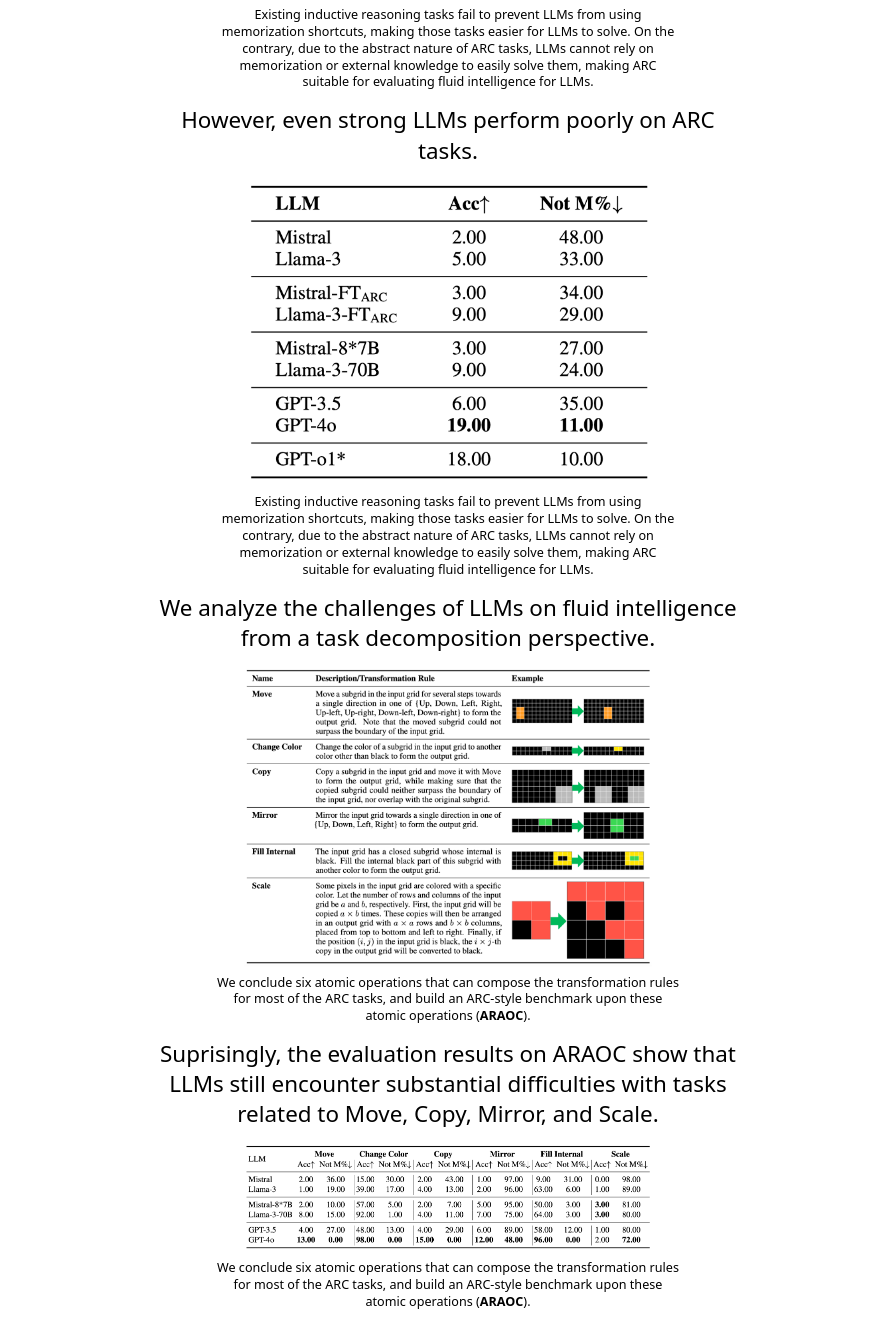
Repository: wujunjie1998/araoc-benchmark.github.io
Page: index.html
An editor plug-in stored every save of this project. The page is shown before and after the next save, followed by the edit.
The browser window is 1280 px wide. The pictures show the part of the page from y = 1129 to 3049 px (the page is 3049 px tall before and 2967 px after), at 70% of full size.

Above is the page before, as saved 2025-02-07 22:23:44.

### index.html
<html>
  <head>
    <title>
      Understanding LLMs’ Fluid Intelligence Deficiency: An Analysis of the ARC Task
    </title>
    <link
      rel="icon"
      href="data:[embedded picture, 137 characters]"
    />
    <meta charset="UTF-8" />
    <meta name="viewport" content="width=device-width, initial-scale=1" />
    <link rel="stylesheet" href="./css/index.css" />
  </head>

  <body>
    <div class="header">
      <div class="paper-title">
        Understanding LLMs’ Fluid Intelligence Deficiency:
        <br />
        An Analysis of the ARC Task
      </div>
      <div>
        <!-- * Paper -->
        <span class="link-block">
          <a target="_blank" href="./paper.pdf"
            ><img
              class="badge"
              src="https://img.shields.io/badge/Paper-PDF-red?&labelColor=lightgray&logo=arxiv&logoColor=brown" /><img
          /></a>
        </span>
        <!-- * Dataset -->
        <!--
        <span class="link-block">
          <a
            target="_blank"
            href="https://huggingface.co/datasets/ShunchiZhang/PhysiCo/"
            ><img
              class="badge"
              src="https://img.shields.io/badge/HuggingFace-Dataset-yellow?labelColor=lightgray&logo=huggingface" /><img
          /></a>
        </span>
        -->

        <!-- * Code -->
         <!--
        <span class="link-block">
          <a target="_blank" href="https://github.com/physico-benchmark/physico"
            ><img
              class="badge"
              src="https://img.shields.io/badge/GitHub-Code-gray?labelColor=lightgray&logo=github&logoColor=gray" /><img /></a
        ></span>
        -->
        <!-- * Leaderboard -->
        <!--
        <span class="link-block">
          <a href="./leaderboard.html"
            ><img
              class="badge"
              src="https://img.shields.io/badge/Leaderboard-Visit-blue?labelColor=lightgray&logo=stackblitz&logoColor=367BAF" /><img /></a
        ></span>
        -->
        <!-- * X Threads -->
        <!--
        <span class="link-block">
          <a href="https://x.com/jieeijjie/status/1876713099752861782"
            ><img
              class="badge"
              src="https://img.shields.io/badge/Threads-black?labelColor=lightgray&logo=x&logoColor=gray" /><img /></a
        ></span>
        -->

      </div>
      <div>
        <div class="author-list">
          <span class="author-block"
            ><a href="https://wujunjie1998.github.io/">Junjie Wu</a
            ><sup>1</sup></span
          >
          <span class="author-block"
            ><a href="https://sites.google.com/site/moyunlp/">Mo Yu</a
            ><sup>2</sup></span
          >
          <span class="author-block"
            ><a href="https://lemaoliu.github.io">Lemao Liu</a
            ><sup>2</sup></span
          >
          <span class="author-block"
            ><a href="https://sites.google.com/view/dyyeung">Dit-Yan Yeung</a
            ><sup>1</sup></span
          >
          <span class="author-block"
            ><a href="https://openreview.net/profile?id=~Jie_Zhou8">Jie Zhou</a
            ><sup>2</sup></span
          >
        </div>
        <div class="inst-list">
          <span class="institution-block"><sup>1</sup> Hong Kong University of Science and Technology</span>
          <span class="institution-block"><sup>2</sup> WeChat AI</span>
        </div>
      </div>
    </div>
    <!--
    <div class="teaser">
      <center>
        <img src="./img/teaser.png" />
        <figcaption>
          Illustration of a "Stochastic Parrot 🦜" by our
          <span class="dataset-name">PhysiCo</span> task consisting of both
          <b style="color: #a47b48">low-level</b> and
          <b style="color: #153cf9">high-level</b> subtasks in parallel. For a
          concept <i>Gravity</i>, an LLM can generate its accurate description
          in natural language, but cannot interpret its grid-format
          illustration.
        </figcaption>
      </center>
    </div>
  -->
    <hr />

    <!-- ^ Summary of Our Research -->
    <center><h1>Summary of Our Research</h1></center>
    <div class="content">
      <!-- <p style="font-size: large; text-align: center">
        <b>TL;DR:</b>
      </p> -->
      <p>
        While LLMs have exhibited strong performance on various NLP tasks, it is noteworthy that most of these tasks rely on utilizing the vast amount of knowledge encoded in LLMs’ parameters, rather than solving new problems without prior knowledge. In cognitive research, the latter ability is referred to as <strong>fluid intelligence</strong>, which is considered to be critical for assessing human intelligence. Recent research on fluid intelligence assessments has highlighted significant deficiencies in LLMs’ abilities. In this paper, we analyze the challenges LLMs face in demonstrating fluid intelligence through controlled experiments, using the most representative ARC task as an example. Our study revealed three major limitations in existing LLMs:
      </p>
      <ol>
        <li>limited ability for skill composition;</li>
        <li>
          unfamiliarity with abstract input formats;
        </li>
        <li>
          the intrinsic deficiency of left-to-right decoding.
        </li>
      </ol>
    </div>


    <!-- ^ Our Studies and Findings -->
    <center><h1>The Abstraction and Reasoning Challenge (ARC) is suitable for evaluating fluid intelligence for LLMs.</h1></center>
    <div class="content">
      <!-- <p>Foo Bar</p> -->
      <center>
        <img src="./img/fluid1.png" width="70%" />
        <figcaption style="text-align: center">
          Existing inductive reasoning tasks fail to prevent LLMs from using memorization shortcuts, making those tasks easier for LLMs to solve. On the contrary, due to the abstract nature of ARC tasks, LLMs cannot rely on memorization or external knowledge to easily solve them, making ARC suitable for evaluating fluid intelligence for LLMs.
        </figcaption>
      </center>
    </div>


    <!-- ^ Our Studies and Findings -->
    <center><h1>However, even strong LLMs perform poorly on ARC tasks.</h1></center>
    <div class="content">
      <!-- <p>Foo Bar</p> -->
      <center>
        <img src="./img/fluid2.png" width="70%" />
        <figcaption style="text-align: center">
          Existing inductive reasoning tasks fail to prevent LLMs from using memorization shortcuts, making those tasks easier for LLMs to solve. On the contrary, due to the abstract nature of ARC tasks, LLMs cannot rely on memorization or external knowledge to easily solve them, making ARC suitable for evaluating fluid intelligence for LLMs.
        </figcaption>
      </center>
    </div>

    <!-- ^ Our Studies and Findings -->
    <center><h1>We analyze the challenges of LLMs on fluid intelligence from a task decomposition perspective. </h1></center>
    <div class="content">
      <!-- <p>Foo Bar</p> -->
      <center>
        <img src="./img/fluid3.png" width="70%" />
        <figcaption style="text-align: center">
          We conclude six atomic operations that can compose the transformation rules for most of the ARC tasks, and build an ARC-style benchmark upon these atomic operations (<strong>ARAOC</strong>).
        </figcaption>
      </center>
    </div>

    <!-- ^ Our Studies and Findings -->
    <center><h1>Suprisingly, the evaluation results on ARAOC show that LLMs still encounter substantial difficulties with tasks related to Move, Copy, Mirror, and Scale.</h1></center>
    <div class="content">
      <!-- <p>Foo Bar</p> -->
      <center>
        <img src="./img/fluid4.png" width="70%" />
        <figcaption style="text-align: center">
          We conclude six atomic operations that can compose the transformation rules for most of the ARC tasks, and build an ARC-style benchmark upon these atomic operations (<strong>ARAOC</strong>).
        </figcaption>
      </center>
    </div>

  </body>
</html>

### css/index.css
@import url("https://fonts.googleapis.com/css2?family=Noto+Sans:ital,wght@0,100..900;1,100..900&display=swap");

body {
  font-family: "Noto Sans", sans-serif;
  font-optical-sizing: auto;
  font-style: normal;
  font-variation-settings: "wdth" 100;
  font-weight: 400;
  font-size: 18px;
  margin: 50px auto;
  width: 65%;
}

div.header,
div.teaser,
div.content {
  margin-left: auto;
  margin-right: auto;
}

div.narrower {
  width: 80% !important;
}

div.header div {
  margin: 6px;
  text-align: center;
}

div.teaser img {
  max-width: 60%;
}

.paper-title {
  font-size: 36px;
}

.author-block {
  font-size: 20px;
  margin: 0px 12px;
}

.institution-block {
  font-size: 16px;
  margin: 0px 10px;
}

.note-block {
  color: gray;
  font-size: 16px;
}

.link-block {
  font-size: 24px;
  font-weight: bold;
  margin: 0px 5px;
}

.badge {
  width: auto;
  height: 2vw;
}

.dataset-name {
  font-weight: bold;
  color: #81a526;
}

h1 {
  font-size: 32px;
  font-weight: 300;
}

.disclaimerbox {
  background-color: #eee;
  border: 1px solid #eeeeee;
  border-radius: 10px;
  -moz-border-radius: 10px;
  -webkit-border-radius: 10px;
  padding: 20px;
}

video.header-vid {
  height: 140px;
  border: 1px solid black;
  border-radius: 10px;
  -moz-border-radius: 10px;
  -webkit-border-radius: 10px;
}

figcaption {
  margin: 10px 0px;
  width: 80%;
  text-align: left;
}

img.header-img {
  height: 140px;
  border: 1px solid black;
  border-radius: 10px;
  -moz-border-radius: 10px;
  -webkit-border-radius: 10px;
}

img.rounded {
  border: 1px solid #eeeeee;
  border-radius: 10px;
  -moz-border-radius: 10px;
  -webkit-border-radius: 10px;
}

a:link,
a:visited {
  color: #1367a7;
  text-decoration: none;
}
a:hover {
  color: #208799;
}

td.dl-link {
  height: 160px;
  text-align: center;
  font-size: 22px;
}

.vert-cent {
  position: relative;
  top: 50%;
  transform: translateY(-50%);
}

hr {
  border: 0;
  height: 1px;
  background-image: linear-gradient(
    to right,
    rgba(0, 0, 0, 0),
    rgba(0, 0, 0, 0.75),
    rgba(0, 0, 0, 0)
  );
}

.citation {
  text-align: left;
  font-family: monospace;
  font-size: 8pt;
  text-wrap: auto;
}

@media screen and (max-width: 1120px) {
  body {
    font-size: 16px;
    width: 90%;
  }
  div.teaser img {
    max-width: 100%;
  }
  .paper-title {
    font-size: 26px;
  }
  .author-block,
  .institution-block,
  .note-block {
    font-size: 14px;
  }
  .link-block {
    font-size: 20px;
  }
  .badge {
    width: auto;
    height: 28px;
    margin-top: 3px;
    margin-bottom: 3px;
  }
  h1 {
    font-size: 26px;
  }
}

After the next save:
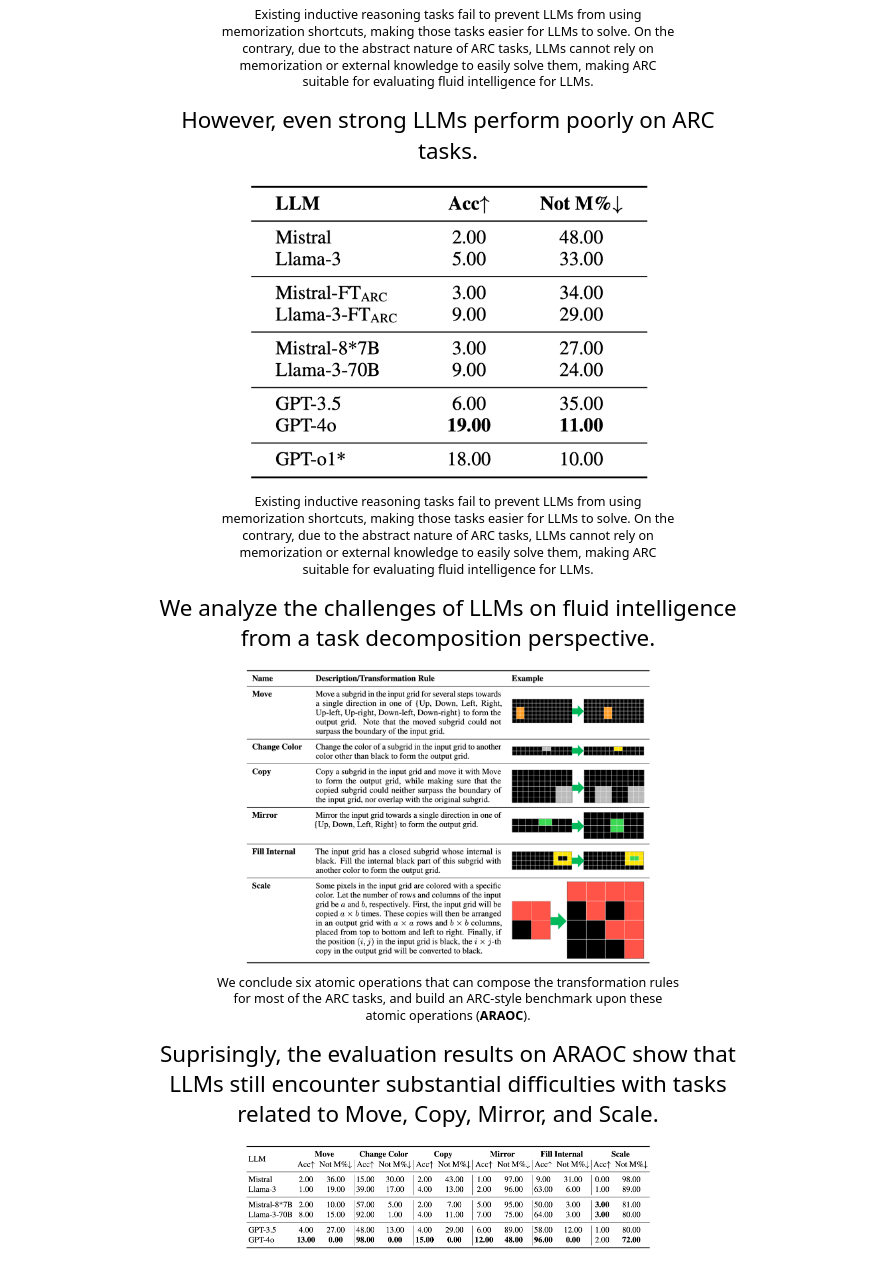
Saved 33 s later.
--- a/index.html
+++ b/index.html
@@ -181,10 +181,12 @@
       <!-- <p>Foo Bar</p> -->
       <center>
         <img src="./img/fluid4.png" width="70%" />
+        <!--
         <figcaption style="text-align: center">
-          We conclude six atomic operations that can compose the transformation rules for most of the ARC tasks, and build an ARC-style benchmark upon these atomic operations (<strong>ARAOC</strong>).
+
         </figcaption>
       </center>
+    -->
     </div>
 
   </body>
